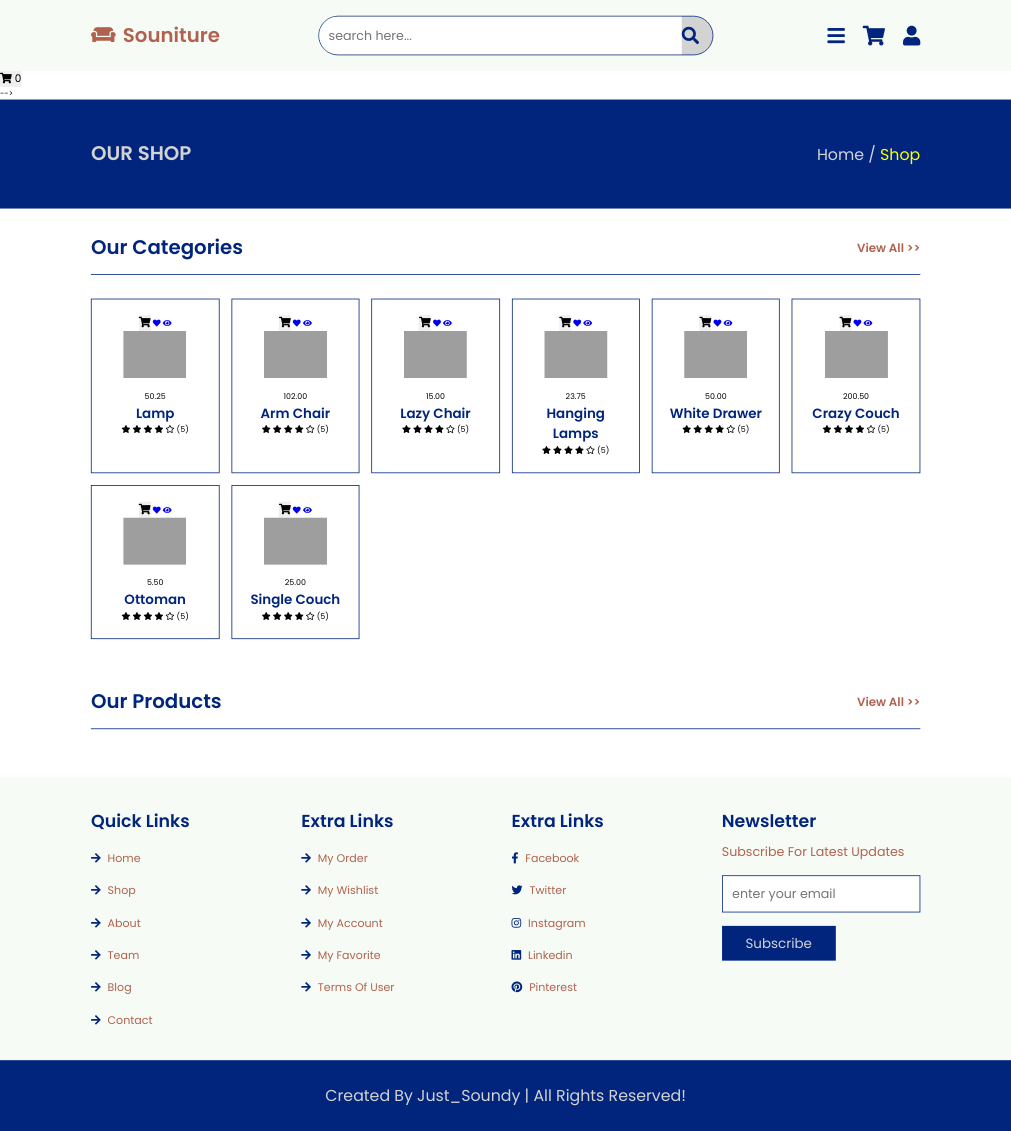
Repository: spencersoundy/furniture-store
Page: shop.html
An editor plug-in stored every save of this project. The page is shown before and after a run of saves, followed by the edit.
The browser window is 1280 px wide. The pictures show the whole page, at 79% of full size.
Pictures or frames that could not be fetched are drawn as grey boxes.

Above is the page before, as saved 2023-05-02 15:49:31.
Console error: TypeError: Cannot read properties of null (reading 'addEventListener')

### shop.html
<!DOCTYPE html>
<html lang="en">
<head>
    <meta charset="UTF-8">
    <meta http-equiv="X-UA-Compatible" content="IE=edge">
    <meta name="viewport" content="width=device-width, initial-scale=1.0">
    <title>shop</title>

    <!-- font awesome cdn link  -->
    <link rel="stylesheet" href="https://cdnjs.cloudflare.com/ajax/libs/font-awesome/5.15.4/css/all.min.css">

    <!-- custom css file link  -->
    <link rel="stylesheet" href="css/style.css">

</head>
<body>

<!-- header section starts  -->

<header class="header">

    <a href="home.html" class="logo"> <i class="fas fa-couch"></i> Souniture </a>

    <form action="" class="search-form">
        <input type="search" placeholder="search here..." id="search-box">
        <label for="search-box" class="fas fa-search"></label>
    </form>

    <div class="icons">
        <div id="menu-btn" class="fas fa-bars"></div>
        <div id="search-btn" class="fas fa-search"></div>
        <div id="cart-btn" class="fas fa-shopping-cart"></div>
        <div id="login-btn" class="fas fa-user"></div>
    </div>

</header>

<!-- header section ends  -->

<!-- closer btn  -->

<div id="closer" class="fas fa-times"></div>

<!-- navbar  -->

<nav class="navbar">
    <a href="home.html">home</a>
    <a href="shop.html">shop</a>
    <a href="about.html">about</a>
    <a href="team.html">team</a>
    <a href="blog.html">blog</a>
    <a href="contact.html">contact</a>
</nav>

<!-- shopping cart  -->
<div class = "cart">
    <button type = "button" id = "cart-btn">
      <i class = "fas fa-shopping-cart"></i>
      <span id = "cart-count-info"></span>
    </button></div>

<div class="shopping-cart">
    <div class="cart-list">

    <div class="box">
        <i class="fas fa-times"></i>
        <img src="image/cart-img-1.jpg" alt="">
        <div class="content">
            <h3>morden furniture</h3>
            <span class="quantity"> 1 </span>
            <span class="multiply"> x </span>
            <span class="price"> $140.00 </span>
        </div>
    </div>
    </div>

        <div>
            <h3 class="cart-total">Total:R</h3>
            <span id="cart-total-value"></span>
            </div>
    <a href="#" class="btn">checkout cart</a>

</div> -->

<!-- login form  -->

<div class="login-form">

    <form action="">
        <h3>login form</h3>
        <input type="email" placeholder="enter your email" class="box">
        <input type="password" placeholder="enter your password" class="box">
        <div class="remember">
            <input type="checkbox" name="" id="remember-me">
            <label for="remember-me">remember me</label>
        </div>
        <input type="submit" value="login now" class="btn">
        <p>forget password? <a href="#">click here</a></p>
        <p>don't have an account? <a href="#">create now</a></p>
    </form>

</div>

<section class="heading">
    <h3>our shop</h3>
    <p> <a href="home.html">home</a> / <span>shop</span> </p>
</section>

<section class="category">

    <h1 class="title"> <span>our categories</span> <a href="#">view all >></a> </h1>

    <div class="box-container">

        <a href="#" class="box">
            <img src="image/icon-1.png" alt="">
            <h3>house sofa</h3>
        </a>

        <a href="#" class="box">
            <img src="image/icon-2.png" alt="">
            <h3>working table</h3>
        </a>

        <a href="#" class="box">
            <img src="image/icon-3.png" alt="">
            <h3>corner table</h3>
        </a>

        <a href="#" class="box">
            <img src="image/icon-4.png" alt="">
            <h3>office chair</h3>
        </a>

        <a href="#" class="box">
            <img src="image/icon-5.png" alt="">
            <h3>new wardrobe</h3>
        </a>

    </div>

</section>

<section class="products">

    <h1 class="title"> <span>our products</span> <a href="#">view all >></a> </h1>

    <div class="box-container">

        <!-- <div class="box">
            <div class="icons">
                <a href="#" class="fas fa-shopping-cart"></a>
                <a href="#" class="fas fa-heart"></a>
                <a href="#" class="fas fa-eye"></a>
            </div>
            <div class="image">
                <img src="image/product-1.jpg" alt="">
            </div>
            <div class="content">
                <div class="price">R2380.00</div>
                <h3>modern furniture</h3>
                <div class="stars">
                    <i class="fas fa-star"></i>
                    <i class="fas fa-star"></i>
                    <i class="fas fa-star"></i>
                    <i class="fas fa-star"></i>
                    <i class="far fa-star"></i>
                    <span> (50) </span>
                </div>
            </div>
        </div>

        <div class="box">
            <div class="icons">
                <a href="#" class="fas fa-shopping-cart"></a>
                <a href="#" class="fas fa-heart"></a>
                <a href="#" class="fas fa-eye"></a>
            </div>
            <div class="image">
                <img src="image/product-2.jpg" alt="">
            </div>
            <div class="content">
                <div class="price">R2380.00</div>
                <h3>modern furniture</h3>
                <div class="stars">
                    <i class="fas fa-star"></i>
                    <i class="fas fa-star"></i>
                    <i class="fas fa-star"></i>
                    <i class="fas fa-star"></i>
                    <i class="far fa-star"></i>
                    <span> (50) </span>
                </div>
            </div>
        </div>

        <div class="box">
            <div class="icons">
                <a href="#" class="fas fa-shopping-cart"></a>
                <a href="#" class="fas fa-heart"></a>
                <a href="#" class="fas fa-eye"></a>
            </div>
            <div class="image">
                <img src="image/product-3.jpg" alt="">
            </div>
            <div class="content">
                <div class="price">R2380.00</div>
                <h3>modern furniture</h3>
                <div class="stars">
                    <i class="fas fa-star"></i>
                    <i class="fas fa-star"></i>
                    <i class="fas fa-star"></i>
                    <i class="fas fa-star"></i>
                    <i class="far fa-star"></i>
                    <span> (50) </span>
                </div>
            </div>
        </div>

        <div class="box">
            <div class="icons">
                <a href="#" class="fas fa-shopping-cart"></a>
                <a href="#" class="fas fa-heart"></a>
                <a href="#" class="fas fa-eye"></a>
            </div>
            <div class="image">
                <img src="image/product-4.jpg" alt="">
            </div>
            <div class="content">
                <div class="price">R2380.00</div>
                <h3>modern furniture</h3>
                <div class="stars">
                    <i class="fas fa-star"></i>
                    <i class="fas fa-star"></i>
                    <i class="fas fa-star"></i>
                    <i class="fas fa-star"></i>
                    <i class="far fa-star"></i>
                    <span> (50) </span>
                </div>
            </div>
        </div>

        <div class="box">
            <div class="icons">
                <a href="#" class="fas fa-shopping-cart"></a>
                <a href="#" class="fas fa-heart"></a>
                <a href="#" class="fas fa-eye"></a>
            </div>
            <div class="image">
                <img src="image/product-5.jpg" alt="">
            </div>
            <div class="content">
                <div class="price">R2380.00</div>
                <h3>modern furniture</h3>
                <div class="stars">
                    <i class="fas fa-star"></i>
                    <i class="fas fa-star"></i>
                    <i class="fas fa-star"></i>
                    <i class="fas fa-star"></i>
                    <i class="far fa-star"></i>
                    <span> (50) </span>
                </div>
            </div>
        </div>

        <div class="box">
            <div class="icons">
                <a href="#" class="fas fa-shopping-cart"></a>
                <a href="#" class="fas fa-heart"></a>
                <a href="#" class="fas fa-eye"></a>
            </div>
            <div class="image">
                <img src="image/product-6.jpg" alt="">
            </div>
            <div class="content">
                <div class="price">R2380.00</div>
                <h3>modern furniture</h3>
                <div class="stars">
                    <i class="fas fa-star"></i>
                    <i class="fas fa-star"></i>
                    <i class="fas fa-star"></i>
                    <i class="fas fa-star"></i>
                    <i class="far fa-star"></i>
                    <span> (50) </span>
                </div>
            </div>
        </div>

        <div class="box">
            <div class="icons">
                <a href="#" class="fas fa-shopping-cart"></a>
                <a href="#" class="fas fa-heart"></a>
                <a href="#" class="fas fa-eye"></a>
            </div>
            <div class="image">
                <img src="image/product-7.jpg" alt="">
            </div>
            <div class="content">
                <div class="price">R2380.00</div>
                <h3>modern furniture</h3>
                <div class="stars">
                    <i class="fas fa-star"></i>
                    <i class="fas fa-star"></i>
                    <i class="fas fa-star"></i>
                    <i class="fas fa-star"></i>
                    <i class="far fa-star"></i>
                    <span> (50) </span>
                </div>
            </div>
        </div>

        <div class="box">
            <div class="icons">
                <a href="#" class="fas fa-shopping-cart"></a>
                <a href="#" class="fas fa-heart"></a>
                <a href="#" class="fas fa-eye"></a>
            </div>
            <div class="image">
                <img src="image/product-8.jpg" alt="">
            </div>
            <div class="content">
                <div class="price">R2380.00</div>
                <h3>modern furniture</h3>
                <div class="stars">
                    <i class="fas fa-star"></i>
                    <i class="fas fa-star"></i>
                    <i class="fas fa-star"></i>
                    <i class="fas fa-star"></i>
                    <i class="far fa-star"></i>
                    <span> (50) </span>
                </div>
            </div>
        </div>-->

    </div>

</section>




















<!-- footer section  -->

<section class="footer">

    <div class="box-container">

        <div class="box">
            <h3>quick links</h3>
            <a href="home.html"> <i class="fas fa-arrow-right"></i> home</a>
            <a href="shop.html"> <i class="fas fa-arrow-right"></i> shop</a>
            <a href="about.html"> <i class="fas fa-arrow-right"></i> about</a>
            <a href="team.html"> <i class="fas fa-arrow-right"></i> team</a>
            <a href="blog.html"> <i class="fas fa-arrow-right"></i> blog</a>
            <a href="contact.html"> <i class="fas fa-arrow-right"></i> contact</a>
        </div>

        <div class="box">
            <h3>extra links</h3>
            <a href="#"> <i class="fas fa-arrow-right"></i> my order</a>
            <a href="#"> <i class="fas fa-arrow-right"></i> my wishlist</a>
            <a href="#"> <i class="fas fa-arrow-right"></i> my account</a>
            <a href="#"> <i class="fas fa-arrow-right"></i> my favorite</a>
            <a href="#"> <i class="fas fa-arrow-right"></i> terms of user</a>
        </div>

        <div class="box">
            <h3>extra links</h3>
            <a href="#"> <i class="fab fa-facebook-f"></i> facebook</a>
            <a href="#"> <i class="fab fa-twitter"></i> twitter</a>
            <a href="#"> <i class="fab fa-instagram"></i> instagram</a>
            <a href="#"> <i class="fab fa-linkedin"></i> linkedin</a>
            <a href="#"> <i class="fab fa-pinterest"></i> pinterest</a>
        </div>

        <div class="box">
            <h3>newsletter</h3>
            <p>subscribe for latest updates</p>
            <form action="">
                <input type="email" name="" placeholder="enter your email" id="">
                <input type="submit" value="subscribe" class="btn">
            </form>
        </div>

    </div>

</section>

<section class="credit">
    created by Just_Soundy | all rights reserved!
</section>

<!-- custom js file link  -->
<script src="js/script.js"></script>

</body>
</html>

Loaded but not shown: furniture.json (51 lines, source omitted); js/script.js (242 lines, source omitted); css/style.css (1189 lines, source omitted)

After the next 2 saves:
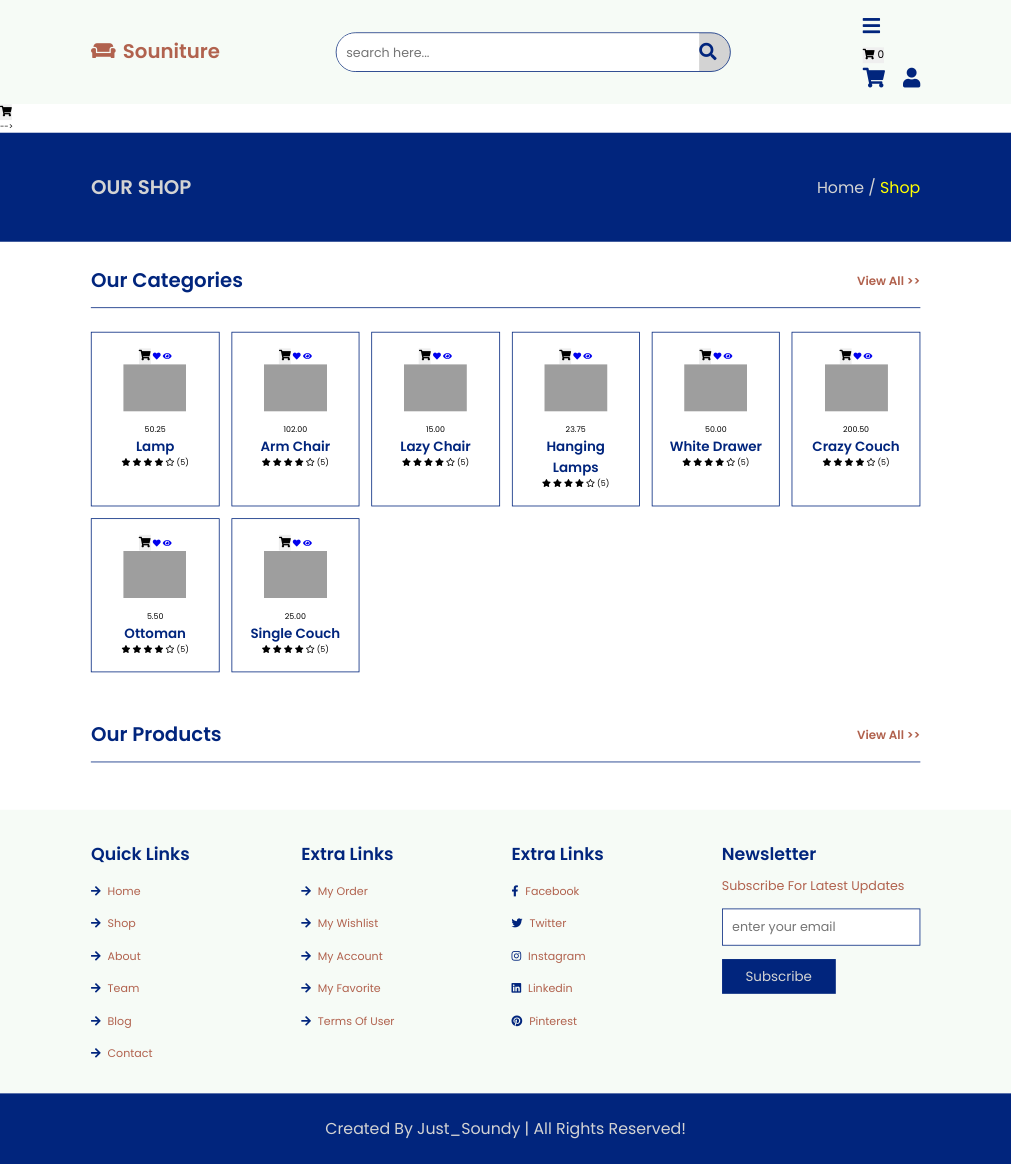
The 2 saves are shown as one change because they came seconds apart.
The last was saved 52 s later.
--- a/shop.html
+++ b/shop.html
@@ -29,6 +29,11 @@
     <div class="icons">
         <div id="menu-btn" class="fas fa-bars"></div>
         <div id="search-btn" class="fas fa-search"></div>
+        <div class = "cart">
+            <button type = "button" id = "cart-btn">
+              <i class = "fas fa-shopping-cart"></i>
+              <span id = "cart-count-info"></span>
+            </button></div>
         <div id="cart-btn" class="fas fa-shopping-cart"></div>
         <div id="login-btn" class="fas fa-user"></div>
     </div>
